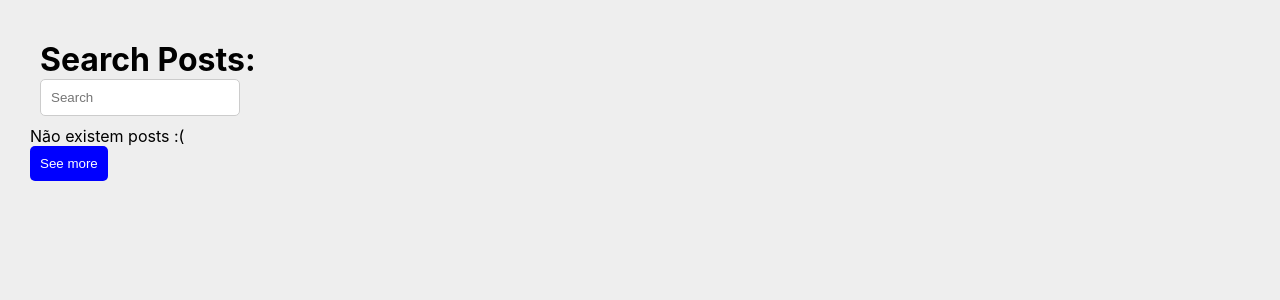
Repository: GiovanaBragio/ReactCourse
Page: / (app in project-1/)
The author's editor kept a copy of each file at every save. The page is drawn from the files as they stood at one save, then again after the next save.
The browser window is 1280 px wide. The pictures show the whole page.
The page's requests for data from a server got no answer. The project was rebuilt for these pictures with package versions that can differ from the ones it lists, and the page was loaded fresh each time. No one was signed in, and anything a server would have sent is missing. Also part of the build but not shown: project-1/src/components/PostCard/PostCard.styles.css, project-1/src/components/PostCard/PostCard.tsx, project-1/src/components/Post/Post.styles.css, project-1/src/components/Post/Post.tsx.

Above is the page before, as saved 2025-02-05 17:14:23.

After the next save:
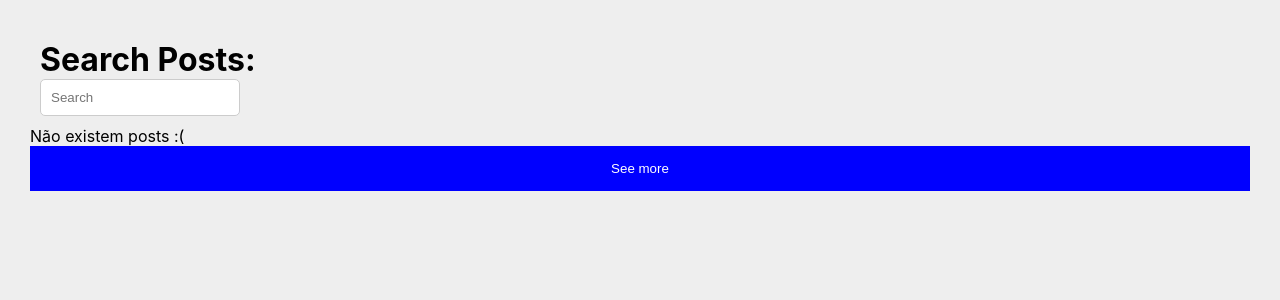
Saved 76 s later.
--- a/project-1/src/components/Button/Button.styles.css
+++ b/project-1/src/components/Button/Button.styles.css
@@ -1,18 +1,17 @@
 button {
-    color: white;
-    padding: 10px;
-    border-radius: 5px;
-    border: none;
-    background-color: blue;
-    cursor: pointer;
-    transition: all 0.3s ease-in-out;
+  width: 100%;
+  background: blue;
+  color: white;
+  border: none;
+  padding: 15px 30px;
+  cursor: pointer;
 }
 
 button:hover {
-    background-color: darkblue;
+  background-color: darkblue;
 }
 
 button:disabled {
-    background-color: gray;
-    cursor: not-allowed;
+  background-color: gray;
+  cursor: not-allowed;
 }
